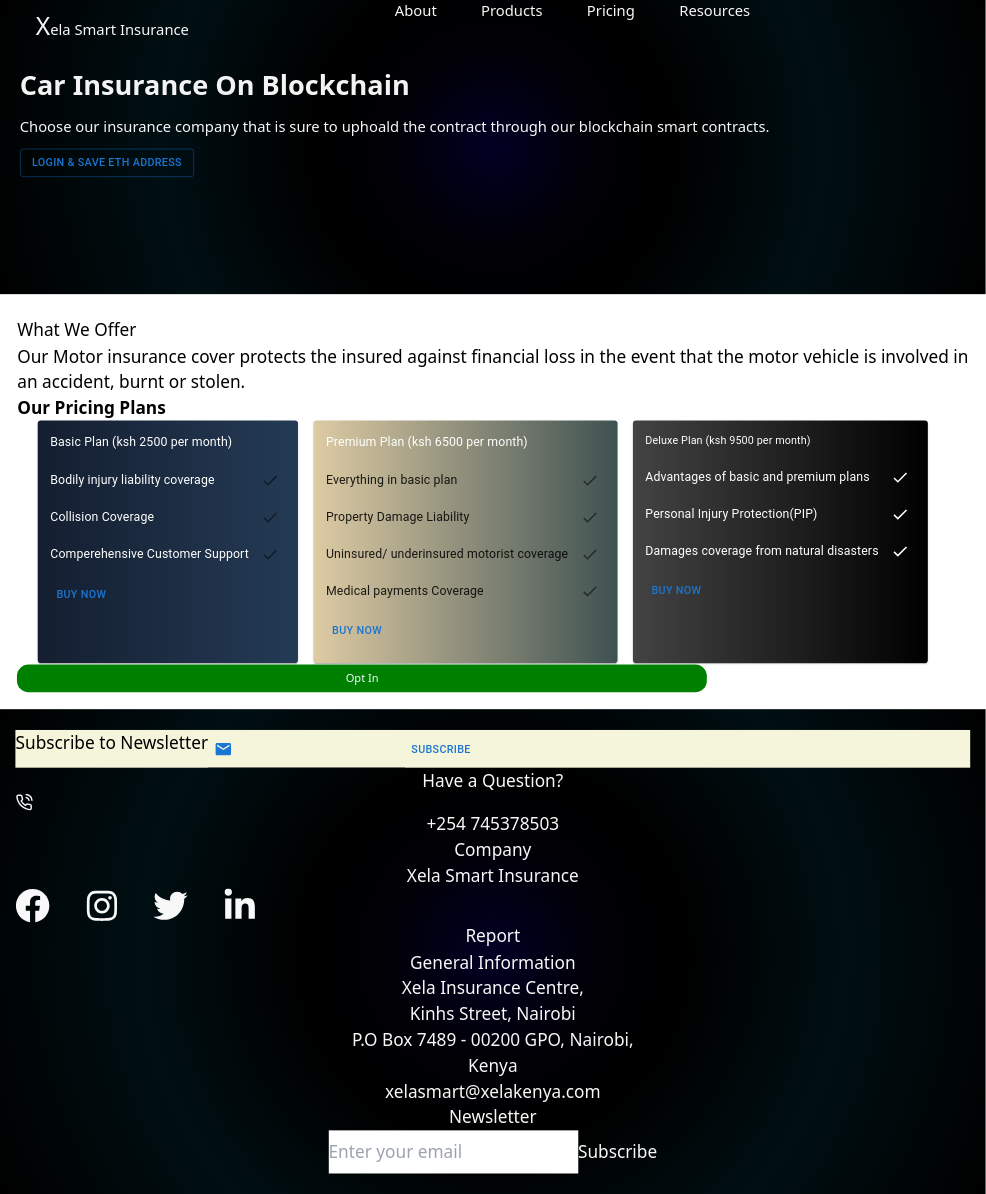
Repository: ALVIN-OBONYO/Xela-smart_insuarance
Page: / (app in frontend/)
The author's editor kept a copy of each file at every save. The page is drawn from the files as they stood at one save, then again after the next save.
The browser window is 1280 px wide. The pictures show the whole page, at 77% of full size.
The project was rebuilt for these pictures with package versions that can differ from the ones it lists, and the page was loaded fresh each time. Also part of the build but not shown: frontend/src/Pages/Policies.jsx, frontend/src/Components/Calendar.css, frontend/src/Components/Calendar.jsx, frontend/src/Components/Input.js, frontend/src/Components/Upload.css, frontend/src/Components/Upload.js, frontend/src/Pages/ReportForm.jsx, frontend/src/Pages/Report.jsx and 2 more.

Above is the page before, as saved 2022-10-04 08:09:54.

After the next save:
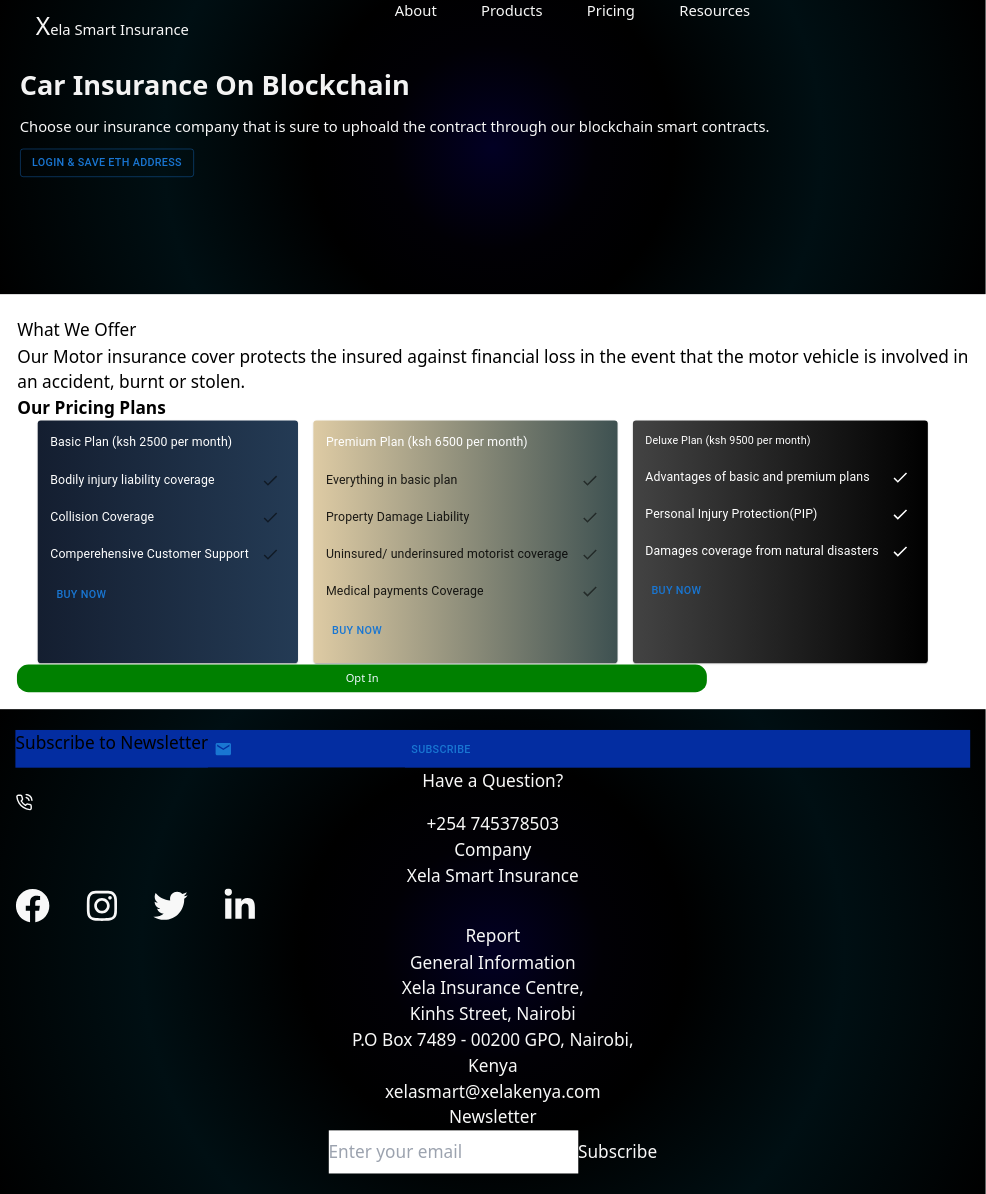
Saved 44 s later.
--- a/frontend/src/Components/Navbar.css
+++ b/frontend/src/Components/Navbar.css
@@ -108,7 +108,7 @@
 
 .news-mail {
     display: flex;
-    background-color: beige;
+    background-color: rgb(3, 45, 161);
     color: rgb(0, 0, 0);
     flex-direction: row;
     flex-wrap: wrap;
